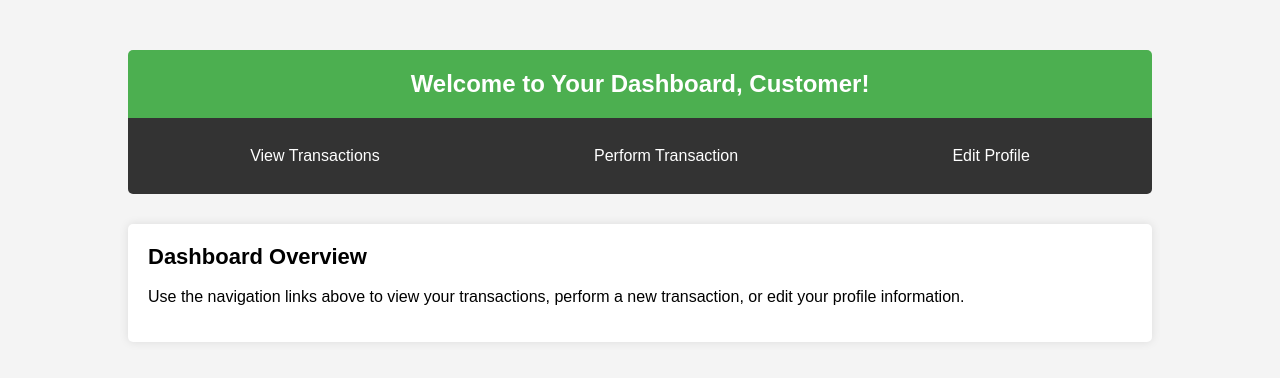
Repository: vinayakGarudi2002/swabhavTrainingProjects
Page: http://localhost/01_banking_application/customerDashboard.jsp
The author's editor kept a copy of each file at every save. The page is drawn from the files as they stood at one save, then again after the next save.
The browser window is 1280 px wide. The pictures show the whole page.
The page is served by Tomcat 9. Other server files are loaded and not shown.

Above is the page before, as saved 2024-08-11 16:45:36.

### 01_banking_application/WebContent/customerDashboard.jsp
<%@ page language="java" contentType="text/html; charset=ISO-8859-1"
    pageEncoding="ISO-8859-1"%>
<!DOCTYPE html>
<html lang="en">
<head>
    <meta charset="ISO-8859-1">
    <meta name="viewport" content="width=device-width, initial-scale=1.0">
    <title>Customer Dashboard</title>
    <style>
        body {
            font-family: Arial, sans-serif;
            background-color: #f4f4f4;
            margin: 0;
            padding: 0;
        }

        .dashboard-container {
            width: 80%;
            margin: 0 auto;
            margin-top: 50px;
        }

        .header {
            background-color: #4CAF50;
            color: white;
            padding: 20px;
            text-align: center;
            border-radius: 5px 5px 0 0;
        }

        .header h1 {
            margin: 0;
            font-size: 24px;
        }

        .nav {
            display: flex;
            justify-content: space-around;
            background-color: #333;
            padding: 15px;
            border-radius: 0 0 5px 5px;
        }

        .nav a {
            color: white;
            text-decoration: none;
            padding: 14px 20px;
            text-align: center;
            border-radius: 4px;
        }

        .nav a:hover {
            background-color: #ddd;
            color: black;
        }

        .nav a.active {
            background-color: #4CAF50;
            color: white;
        }

        .content {
            margin-top: 30px;
            padding: 20px;
            background-color: white;
            border-radius: 5px;
            box-shadow: 0 0 10px rgba(0, 0, 0, 0.1);
        }

        .content h2 {
            margin-top: 0;
            font-size: 22px;
        }
    </style>
</head>
<body>
    <div class="dashboard-container">
        <div class="header">
            <h1>Welcome to Your Dashboard, Customer!</h1>
        </div>

        <div class="nav">
            <a href="viewTransactions.jsp">View Transactions</a>
            <a href="performTransaction.jsp">Perform Transaction</a>
            <a href="editProfile.jsp">Edit Profile</a>
        </div>

        <div class="content">
            <h2>Dashboard Overview</h2>
            <p>Use the navigation links above to view your transactions, perform a new transaction, or edit your profile information.</p>
        </div>
    </div>
</body>
</html>

After the next save:
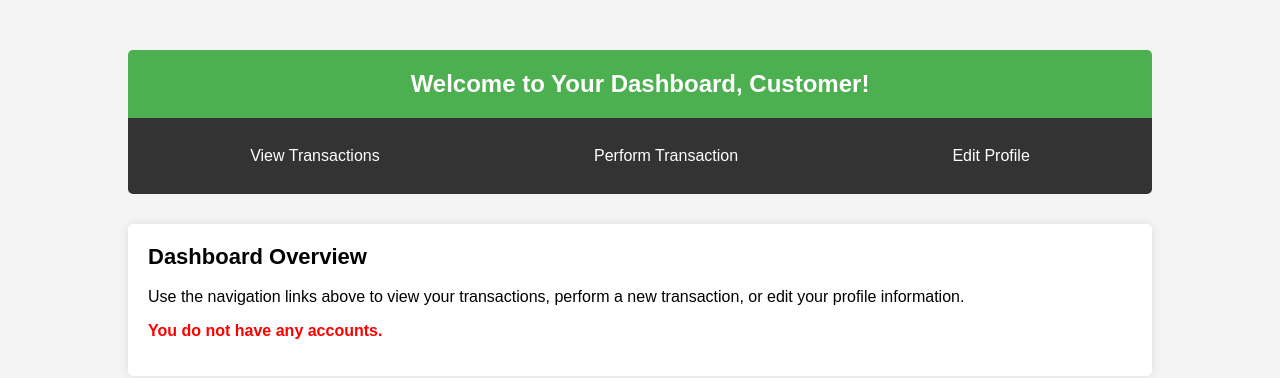
Saved 9 min 56 s later.
--- a/01_banking_application/WebContent/customerDashboard.jsp
+++ b/01_banking_application/WebContent/customerDashboard.jsp
@@ -1,5 +1,6 @@
 <%@ page language="java" contentType="text/html; charset=ISO-8859-1"
     pageEncoding="ISO-8859-1"%>
+<%@ page import="java.util.ArrayList" %>
 <!DOCTYPE html>
 <html lang="en">
 <head>
@@ -71,6 +72,15 @@
             margin-top: 0;
             font-size: 22px;
         }
+
+        .error-message {
+            color: red;
+            font-weight: bold;
+        }
+
+        .hidden {
+            display: none;
+        }
     </style>
 </head>
 <body>
@@ -88,6 +98,34 @@
         <div class="content">
             <h2>Dashboard Overview</h2>
             <p>Use the navigation links above to view your transactions, perform a new transaction, or edit your profile information.</p>
+
+            <%
+                // Retrieve the list of account numbers from the session
+                ArrayList<Long> accountNumbers = (ArrayList<Long>) session.getAttribute("accounts");
+
+                if (accountNumbers != null && !accountNumbers.isEmpty()) {
+            %>
+            <form method="POST" action="selectAccountServlet">
+                <label for="accountSelect">Select Your Account:</label>
+                <select id="accountSelect" name="selectedAccount">
+                    <%
+                        for (Long accountNumber : accountNumbers) {
+                            out.println("<option value='" + accountNumber + "'>" + accountNumber + "</option>");
+                        }
+                    %>
+                </select>
+                <button type="submit">Select Account</button>
+            </form>
+            <%
+                } else {
+            %>
+            <p class="error-message">You do not have any accounts.</p>
+            <div class="hidden">
+                <p>Other features are hidden as no accounts are available.</p>
+            </div>
+            <%
+                }
+            %>
         </div>
     </div>
 </body>
